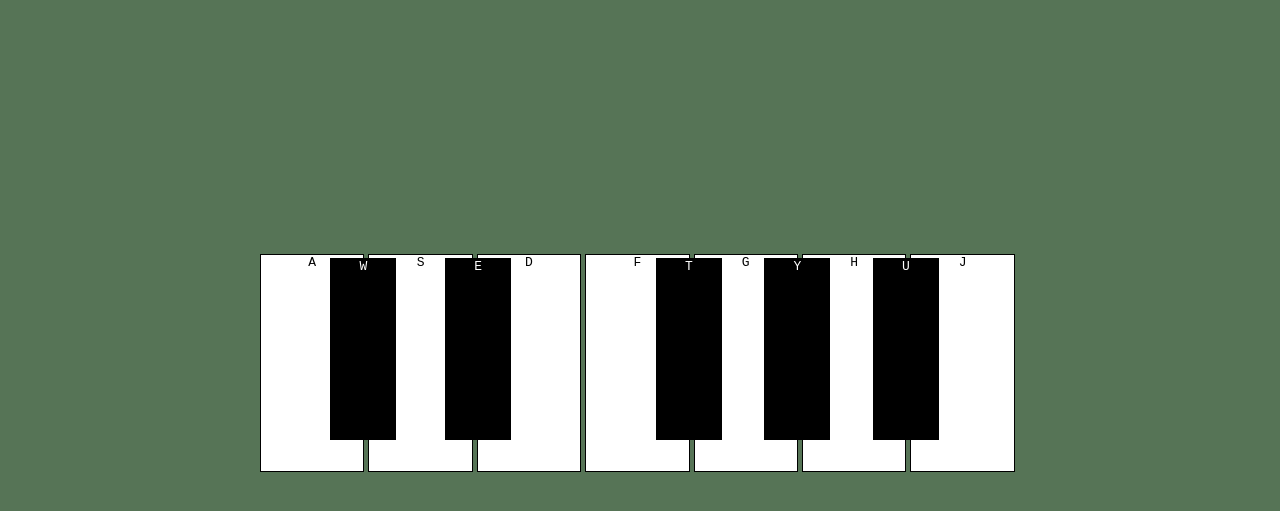
Repository: ctcoleman/Virtual-Piano
Page: index.html
An editor plug-in stored every save of this project. The page is shown before and after the next save, followed by the edit.
The browser window is 1280 px wide. The pictures show the whole page.

Above is the page before, as saved 2020-07-20 09:08:44.

After the next save:
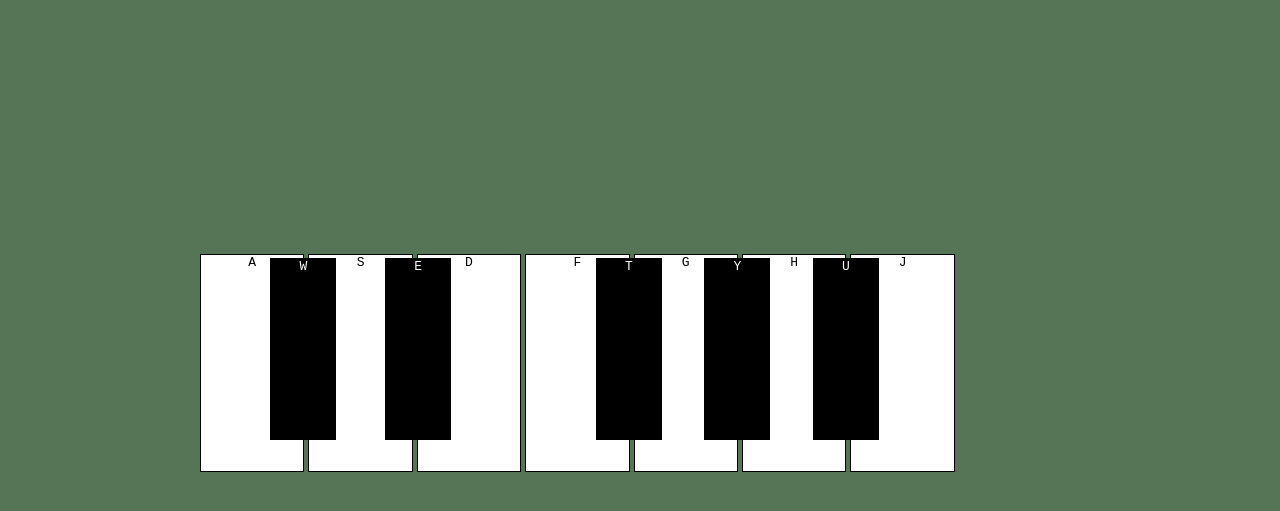
Saved 7 s later.
--- a/index.css
+++ b/index.css
@@ -14,7 +14,7 @@ html {
     position: relative;
     width:70vw;
     height: 30vh;
-    margin: 35vh
+    margin: 35vh 15vw;
 }
 /*
 === White Keys Styling ===
